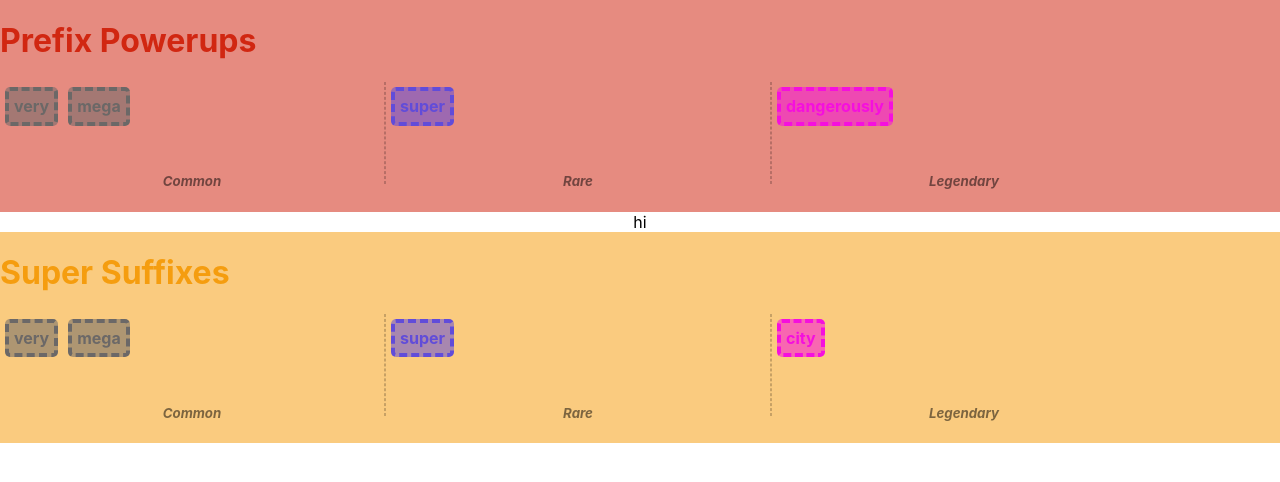
Repository: bsalgado98/buns-inator
Page: /
The author's editor kept a copy of each file at every save. The page is drawn from the files as they stood at one save, then again after the next save.
The browser window is 1280 px wide. The pictures show the whole page.
The project was rebuilt for these pictures with package versions that can differ from the ones it lists, and the page was loaded fresh each time.

Above is the page before, as saved 2022-04-25 23:00:31.

### src/index.css
body {
    margin: 0;
    padding: 0;
    font-family: -apple-system, BlinkMacSystemFont, 'Segoe UI', 'Roboto', 'Oxygen',
        'Ubuntu', 'Cantarell', 'Fira Sans', 'Droid Sans', 'Helvetica Neue',
        sans-serif;
    -webkit-font-smoothing: antialiased;
    -moz-osx-font-smoothing: grayscale;
}

code {
    font-family: source-code-pro, Menlo, Monaco, Consolas, 'Courier New', monospace;
}

### src/App.js
import './App.css';
import WordBank from './components/WordBank/WordBank'
import { RARITY, PART_OF_SENTENCE, COLOR } from './utility/constants'

function App() {
    const wordList = {
        prefixPowerups: [
            {
                sectionTitle: RARITY.COMMON,
                words: ['very', 'mega'],
                color: COLOR.COMMON,
                partOfSentence: PART_OF_SENTENCE.PREFIX
            },
            {
                sectionTitle: RARITY.RARE,
                words: ['super'],
                color: COLOR.RARE,
                partOfSentence: PART_OF_SENTENCE.PREFIX
            },
            {
                sectionTitle: RARITY.LEGENDARY,
                words: ['dangerously'],
                color: COLOR.LEGENDARY,
                partOfSentence: PART_OF_SENTENCE.PREFIX
            }
        ],
        superSuffixes: [
            {
                sectionTitle: RARITY.COMMON,
                words: ['very', 'mega'],
                color: COLOR.COMMON,
                partOfSentence: PART_OF_SENTENCE.SUFFIX
            },
            {
                sectionTitle: RARITY.RARE,
                words: ['super'],
                color: COLOR.RARE,
                partOfSentence: PART_OF_SENTENCE.SUFFIX
            },
            {
                sectionTitle: RARITY.LEGENDARY,
                words: ['city'],
                color: COLOR.LEGENDARY,
                partOfSentence: PART_OF_SENTENCE.SUFFIX
            }
        ]
    }

    return (
        <div className="App">
            <div className="word-bank">
                <WordBank bankTitle='Prefix Powerups' color={COLOR.PREFIX_POWERUPS} wordCollection={wordList.prefixPowerups} />
            </div>
            <div className="subject-card-container">
                hi
            </div>
            <div className="word-bank">
                <WordBank bankTitle='Super Suffixes' color={COLOR.SUPER_SUFFIXES} wordCollection={wordList.superSuffixes} />
            </div>
        </div>
    );
}

export default App;

### src/App.css
.App {
    text-align: center;
}

.word-bank {
    height: 50%;
}

.subject-card-container {
    height: 50%;
}

### src/components/WordBank/WordBank.js
import createWordSection from "../../utility/wordSection"

const WordBank = ({ bankTitle = "N/A", color = "#000000", wordCollection = [] }) => {
    const styles = {
        container: {
            style: {
                backgroundColor: `${color}88`,
                display: 'flex',
                flexDirection: 'column'
            }
        },
        title: {
            style: {
                color: color
            },
            container: {
                style: {
                    display: 'flex',
                    width: '100%'
                }
            }
        },
        collectionArea: {
            style: {
                display: 'flex'
            },
            section: {
                style: {
                    display: 'flex',
                    flexDirection: 'column',
                    width: '30%'
                },
                wordArea: {
                    style: {
                        display: 'flex'
                    }
                },
                title: {
                    style: {
                        opacity: '0.5',
                        fontStyle: 'italic'
                    }
                }
            }
        },
        divider: {
            style: {
                height: '100px',
                width: '0px',
                border: '1px dashed black',
                opacity: '0.2'
            }
        }
    }
    return (
        <div style={styles.container.style}>
            <div style={styles.title.container.style}>
                <h1 style={styles.title.style}>{bankTitle}</h1>
            </div>
            <div style={styles.collectionArea.style}>
                {wordCollection.map((section, i) => {
                    return (
                        <>
                            {i !== 0 ? <span style={styles.divider.style}></span> : null}
                            <div key={`section-${i}`} style={styles.collectionArea.section.style}>
                                <div style={styles.collectionArea.section.wordArea.style}>
                                    {createWordSection(section.words, section.color, section.partOfSentence)}
                                </div>
                                <h5 style={styles.collectionArea.section.title.style}>{section.sectionTitle}</h5>
                            </div>
                        </>
                    )
                })}
            </div>
        </div>
    )
}

export default WordBank

### src/utility/constants.js
export const RARITY = {
    COMMON: 'Common',
    RARE: 'Rare',
    LEGENDARY: 'Legendary'
}

export const PART_OF_SENTENCE = {
    PREFIX: 'prefix',
    SUFFIX: 'suffix'
}

export const COLOR = {
    COMMON: "#6b6867",
    RARE: "#614cd9",
    LEGENDARY: "#f50fde",
    PREFIX_POWERUPS: "#d12711",
    SUPER_SUFFIXES: "#f59d0f"
}

### src/utility/wordSection.js
import WordCard from "../components/WordCard/WordCard";

function createWordSection(words, wordColor, partOfSentence) {
    return words.map((word, i) => <WordCard key={`word-${i}`} text={word} color={wordColor} />)
}

export default createWordSection

### src/components/WordCard/WordCard.js
const WordCard = ({ text = "N/A", color = "#000000", partOfSentence }) => {
    const styles = {
        container: {
            style: {
                background: `${color}88`,
                display: 'flex',
                border: `4px dashed ${color}`,
                margin: '5px',
                padding: '5px',
                borderRadius: '5px',
                height: '30%',
                alignItems: 'center'
            }
        },
        text: {
            style: {
                color: color,
                fontSize: '16px'
            }
        }
    }
    return (
        <div style={styles.container.style}>
            <h1 style={styles.text.style}>{text}</h1>
        </div>
    )
}

export default WordCard

Loaded but not shown: public/index.html (common file); src/index.js (common file); src/reportWebVitals.js (common file)

After the next save:
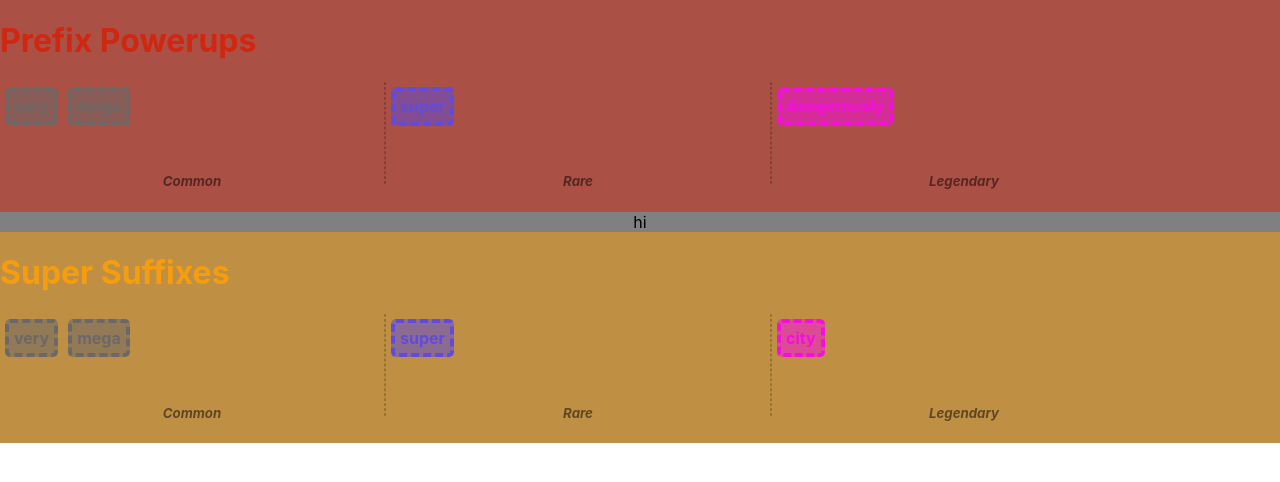
Saved 8 s later.
--- a/src/App.css
+++ b/src/App.css
@@ -1,5 +1,6 @@
 .App {
     text-align: center;
+    background: gray;
 }
 
 .word-bank {
